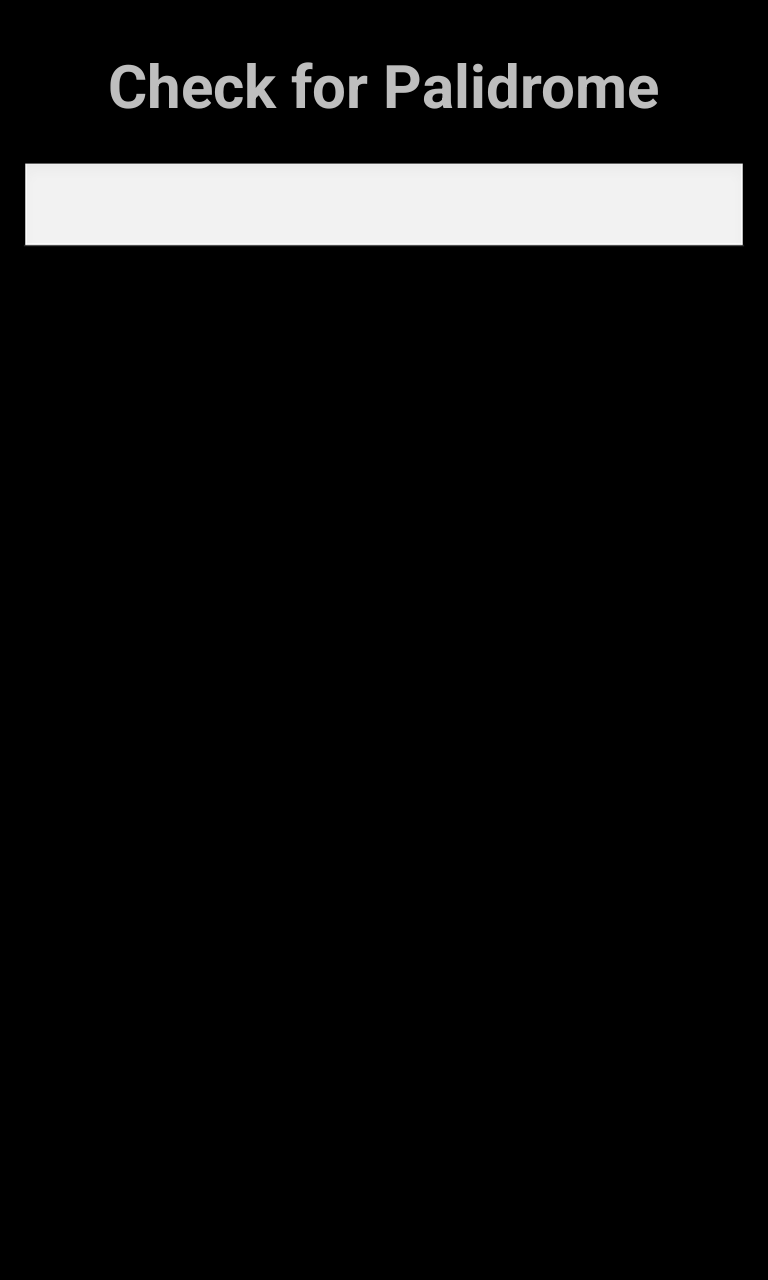
Repository: shinjikun/android-prjs-jenkins-sample
Layout: PalindromePrj/res/layout/main.xml
These files come from the project's save history. The layout is drawn as it stood at one moment and after the next save; the edit follows.
It is drawn on a 768 x 1280 px phone screen (xhdpi) without system bars, with theme android:Theme; the app's code is not run.

Above is the layout before, as saved 2012-09-23 03:12:14.

### PalindromePrj/res/layout/main.xml
<?xml version="1.0" encoding="utf-8"?>
<RelativeLayout xmlns:android="http://schemas.android.com/apk/res/android"
    android:id="@+id/RelativeLayout1"
    android:layout_width="fill_parent"
    android:layout_height="fill_parent"
    android:orientation="vertical" >

    <TextView
        android:id="@+id/textView1"
        android:layout_width="wrap_content"
        android:layout_height="wrap_content"
        android:layout_alignParentTop="true"
        android:layout_centerHorizontal="true"
        android:layout_marginTop="22dp"
        android:textStyle="bold"
        android:textSize="30dp"
        android:text="Check for Palidrome" />

    <EditText
        android:id="@+id/txtPalidrome"
        android:layout_width="fill_parent"
        android:layout_height="wrap_content"
        android:layout_below="@+id/textView1"
        android:layout_centerHorizontal="true"
        android:layout_marginTop="18dp"
        android:layout_marginLeft="10dp"
        android:layout_marginRight="10dp" >


    </EditText>

</RelativeLayout>

After the next save:
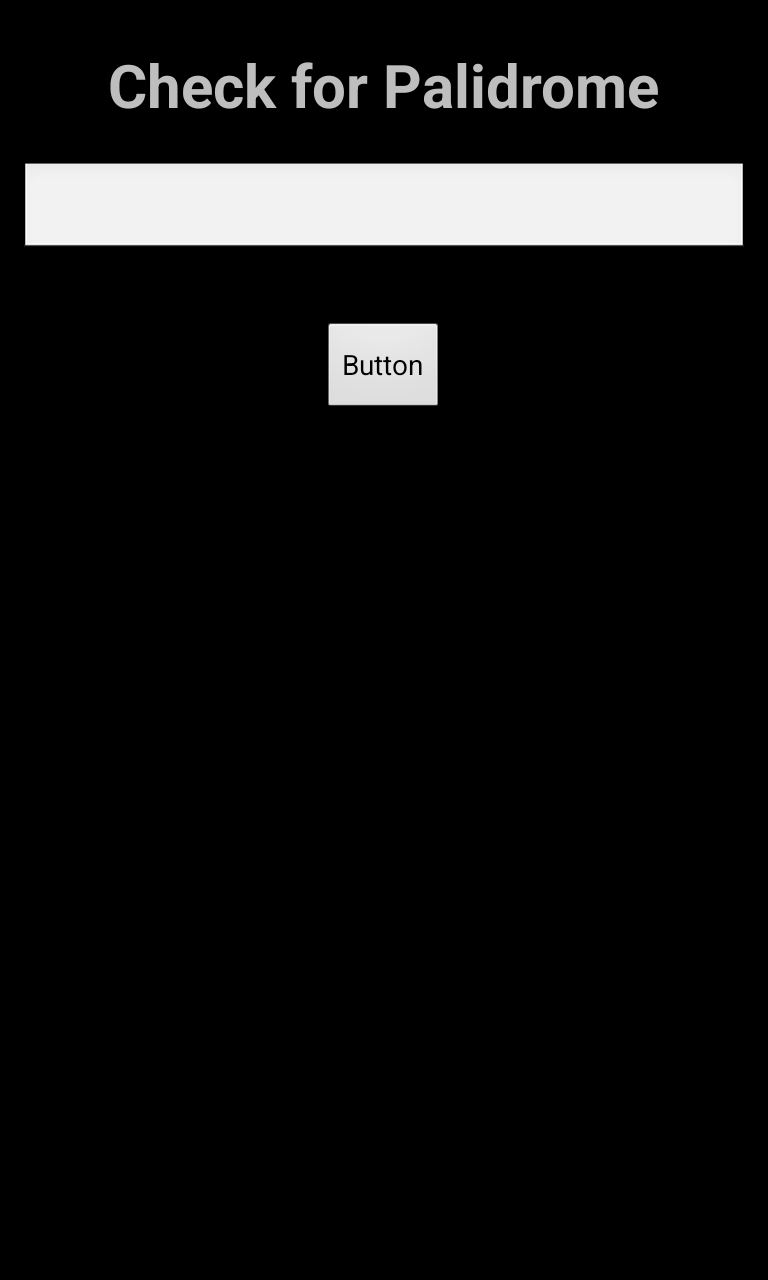
Saved 20 s later.
--- a/PalindromePrj/res/layout/main.xml
+++ b/PalindromePrj/res/layout/main.xml
@@ -29,4 +29,13 @@
 
     </EditText>
 
+    <Button
+        android:id="@+id/btnCheck"
+        android:layout_width="wrap_content"
+        android:layout_height="wrap_content"
+        android:layout_below="@+id/txtPalidrome"
+        android:layout_centerHorizontal="true"
+        android:layout_marginTop="32dp"
+        android:text="Button" />
+
 </RelativeLayout>
